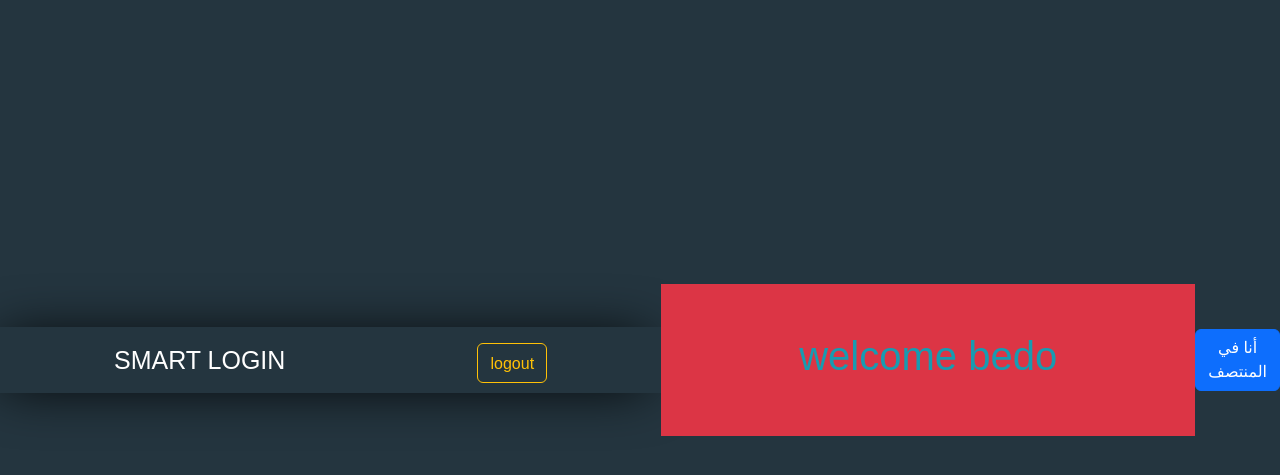
Repository: bodajava/TASK-4
Page: theerdIndex.html
The author's editor kept a copy of each file at every save. The page is drawn from the files as they stood at one save, then again after the next save.
The browser window is 1280 px wide. The pictures show the whole page.

Above is the page before, as saved 2025-06-18 19:26:34.

### theerdIndex.html
<!DOCTYPE html>
<html lang="en">
  <head>
    <link rel="stylesheet" href="CSS/all.min.css" />
    <link rel="stylesheet" href="CSS/bootstrap.css" />
    <link rel="stylesheet" href="CSS/style.css" />
    <meta charset="UTF-8" />
    <meta name="viewport" content="width=device-width, initial-scale=1.0" />
    <title>Document</title>
  </head>
  <body>
    <div id="container" class="container-fluid">
      <nav
        id="nav"
        class="container navbar navbar-expand-lg bg-body-tertiary pt-0 pb-0"
      >
        <div class="container-fluid">
          <a id="margen" class="navbar-brand" href="#">SMART LOGIN</a>

          <button
            class="navbar-toggler"
            type="button"
            data-bs-toggle="collapse"
            data-bs-target="#navbarSupportedContent"
            aria-controls="navbarSupportedContent"
            aria-expanded="false"
            aria-label="Toggle navigation"
          >
            <span class="navbar-toggler-icon"></span>
          </button>

          <div class="collapse navbar-collapse" id="navbarSupportedContent">
            <ul class="navbar-nav ms-auto mb-2 mb-lg-0">
              <li>
                <a
                  class="pt-2 mt-3 btn btn-outline-warning w-100 d-flex align-items-center"
                  href=""
                  >logout</a
                >
              </li>
            </ul>
          </div>
        </div>
      </nav>
    </div>

    <div
      class="group m-auto w-75 p-5 d-flex justify-content-center align-items-center bg-danger"
    >
      <h1 id="userName">welcome bedo</h1>
    </div>

    <div class="d-flex justify-content-center align-items-center vh-100">
      <div class="text-center">
        <button class="btn btn-primary">أنا في المنتصف</button>
      </div>
    </div>
    <script src="js/bootstrap.bundle.min.js"></script>
    <script src="js/index.js"></script>
  </body>
</html>

### CSS/style.css
* {
  padding: 0;
  margin: 0;
  box-sizing: border-box;
}

body {
  background-color: #24353f;
  display: flex;
  justify-content: center;
  align-items: center;
  font-family: Arial, sans-serif;
}

#item {
  margin-top: 60px;
  margin-left: 390px;
  margin-right: 390px;
  padding-left: 15px;
  padding-right: 15px;
}

#item2 {
  box-shadow: 0 0 20px rgba(0, 0, 0, 0.2);
  margin-left: 138.75px;
  margin-right: 138.75px;
  padding-left: 60px;
  padding-right: 60px;
  padding-top: 60px;
  padding-bottom: 60px;
}

h1 {
  color: #189bb1;
}

.anchor {
  text-decoration: none;
}

.anchor:hover {
  text-decoration: underline;
}

.paragraph {
  font-size: 20px;
  line-height: 30px;
  font-weight: 400;
  color: white;
}

.paragraph a {
  font-size: 20px;
  line-height: 30px;
  font-weight: 400;
  color: white;
}

.form-control {
  background-color: #24353f;
  border: 1px solid white;
  color: #fff;
  border-radius: 5px;
}

.form-control::placeholder {
  color: #a0a0a0;
}

.form-control:focus {
  background-color: #24353f;
  color: #fff;
  border-color: #189bb1;
  outline: none;
  box-shadow: none;
}

.btnn {
  text-decoration: none;
  color: #189bb1;
}

.btnn:hover {
  color: white;
}

#box {
  box-shadow: -5px 2px 54px -9px rgba(0, 0, 0, 1);
}

#nav {
  background-color: #24353f !important;
}

#container {
  box-shadow: -5px 2px 54px -9px rgba(0, 0, 0, 1);
}

#margen {
  margin-left: 90px;
  font-size: 25px;
  line-height: 38px;
  font-weight: 400;
  color: white;
}

ul li {
  margin-right: 90px;
  padding-bottom: 10px;
}

Loaded but not shown: CSS/all.min.css (library); CSS/bootstrap.css (library); js/bootstrap.bundle.min.js (library); js/index.js (no copy from this time; the picture is the same without it)

After the next save:
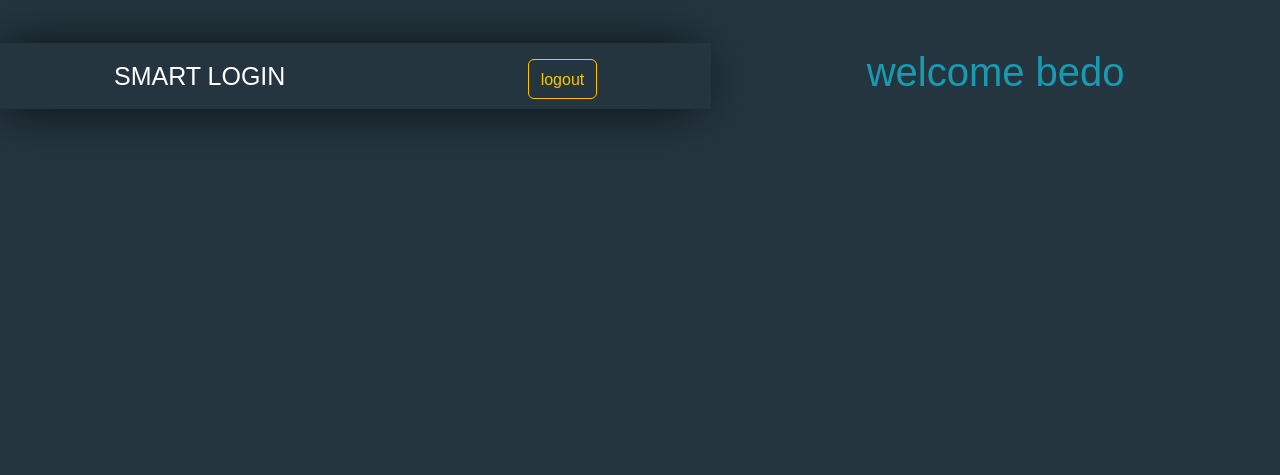
Saved 58 s later.
--- a/theerdIndex.html
+++ b/theerdIndex.html
@@ -45,14 +45,11 @@
     </div>
 
     <div
-      class="group m-auto w-75 p-5 d-flex justify-content-center align-items-center bg-danger"
+      <div
+      class="d-flex justify-content-center align-items-center group m-auto w-75 p-5"
     >
-      <h1 id="userName">welcome bedo</h1>
-    </div>
-
-    <div class="d-flex justify-content-center align-items-center vh-100">
       <div class="text-center">
-        <button class="btn btn-primary">أنا في المنتصف</button>
+        <h1 id="userName">welcome bedo</h1>
       </div>
     </div>
     <script src="js/bootstrap.bundle.min.js"></script>
